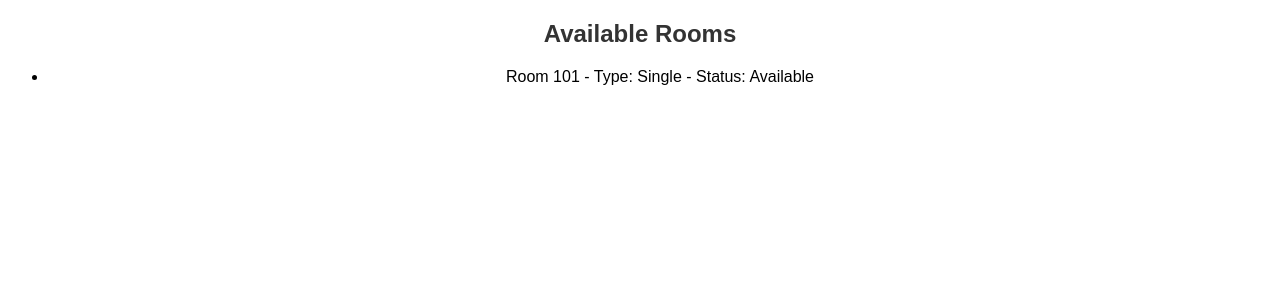
Repository: darasimiop/Room-Booking-System
Page: room_availability.html
The author's editor kept a copy of each file at every save. The page is drawn from the files as they stood at one save, then again after the next save.
The browser window is 1280 px wide. The pictures show the whole page.
The page's requests for data from a server got no answer.

Above is the page before, as saved 2025-04-02 18:20:51.

After the next save:
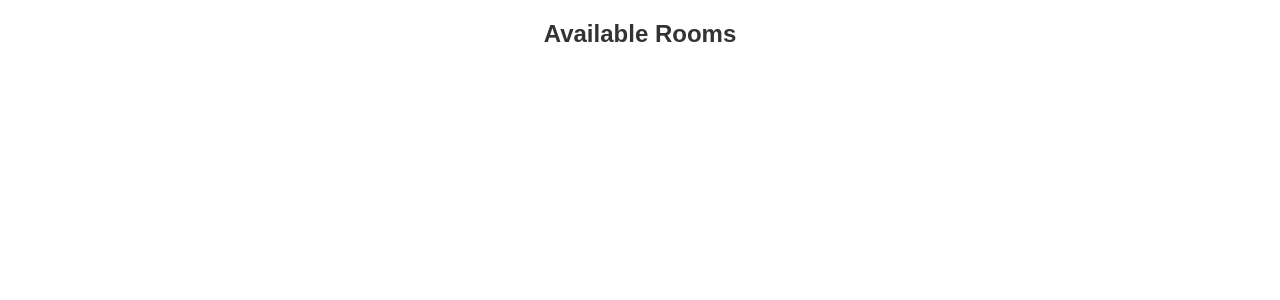
Saved 14 s later.
--- a/room_availability.js
+++ b/room_availability.js
@@ -1,11 +1,13 @@
-fetch('db.json')
+fetch("http://localhost:3000/rooms")
     .then(response => response.json())
     .then(data => {
         let roomList = document.getElementById("roomList");
-        data.rooms.forEach(room => {
-            let li = document.createElement("li");
-            li.textContent = `Room ${room.number} - Type: ${room.type} - Status: ${room.status}`;
-            roomList.appendChild(li);
+        data.forEach(room => {
+            if (room.status === "Available") {
+                let li = document.createElement("li");
+                li.textContent = `Room ${room.number} - Type: ${room.type} - Status: ${room.status}`;
+                roomList.appendChild(li);
+            }
         });
     })
     .catch(error => console.error("Error loading rooms:", error));
